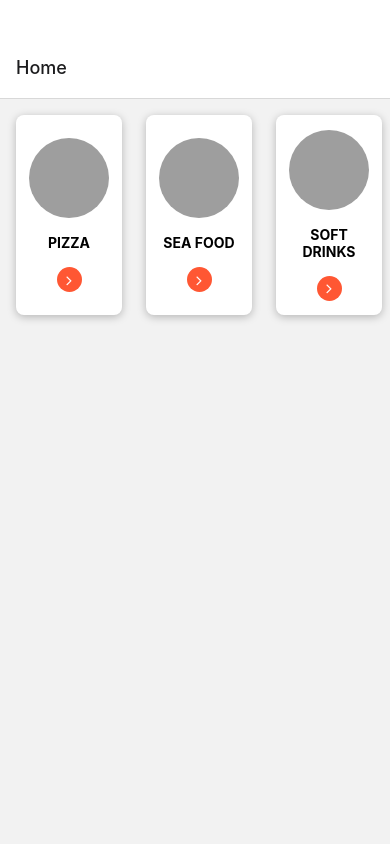
Repository: Esraa22M/ReactNative
Screen: /
These files come from the project's save history. The screen is drawn as it stood at one moment and after the next save; the edit follows.
Pictures or frames that could not be fetched are drawn as grey boxes. The app was drawn by React Native's web renderer in a window 390 px wide. The project was rebuilt for these pictures with package versions that can differ from the ones it lists, and the page was loaded fresh each time. Also part of the build but not shown: src/components/header/header.component.js, src/colors/front-screen-colors/user-auth-colors.js, src/components/header/header.styles.js, src/components/textInput/textInput.styles.js, src/components/textInput/textInput.components.jsx, src/components/singup-form-body/singup-form-body.components.js, src/screens/front-screen/Singup/singup-screen.screens.jsx, src/authentication/api/login-info.js and 2 more.

Above is the screen before, as saved 2023-09-21 02:52:37.

### App.js
import { SafeAreaView } from "react-native";
import { singupStyles } from "./src/screens/front-screen/Singup/singup-screen.styles";
import { Singup } from "./src/screens/front-screen/Singup/singup-screen.screens";
import UserCard from "./src/screens/front-screen/user-card/user-card.screens";
import { NavigationContainer } from "@react-navigation/native";
import { createStackNavigator } from "@react-navigation/stack";
import { Home } from "./src/screens/front-screen/home/home.screens";
const Stack = createStackNavigator();
export default function App() {
  return (
    <SafeAreaView style={singupStyles.container}>
      {/* <UserCard /> */}
      <NavigationContainer>
        <Stack.Navigator>
          <Stack.Screen name="Home" component={Home} />
        </Stack.Navigator>
      </NavigationContainer>
    </SafeAreaView>
  );
}

### src/screens/front-screen/Singup/singup-screen.styles.jsx
import { StyleSheet } from "react-native";
export const singupStyles = StyleSheet.create({
  container: { flex: 1, marginTop: 35 },
});

### src/screens/front-screen/home/home.screens.js
import { View, Text } from "react-native";
import { Categories } from "../../../components/categories/categories.components";
export const Home = () => {
  return (
    <>
      <Categories />
    </>
  );
};

### src/components/categories/categories.components.js
import { categories } from "../../data/dummay__data";
import { FlatList } from "react-native";
import { CategoryItem } from "./category-item.components";
export const Categories = () => {
  function renderCategoryItem(itemData) {
    return <CategoryItem item={itemData.item} />;
  }
  return (
    <FlatList
      numColumns={3}
      data={categories}
      renderItem={renderCategoryItem}
      keyExtractor={(item) => item.id}
    />
  );
};

### src/data/dummay__data.js
import { Category } from "../modal/category.modals";
export const categories = [
  new Category(
    "1pizza",
    "Pizza",
    "https://img.freepik.com/free-vector/flying-slice-pizza-cartoon-vector-illustration-fast-food-concept-isolated-vector-flat-cartoon-style_138676-1934.jpg?w=740&t=st=1695067102~exp=1695067702~hmac=7d47136b0dff2be87480dc1a22a28658daa67f706d90b59d117303a312dc6c16"
  ),
  new Category(
    "sea_food2",
    "sea food",
    "https://img.freepik.com/free-vector/seafood-products-set_98292-1624.jpg?w=740&t=st=1695067277~exp=1695067877~hmac=62082bdd900b5c830349f2bb8f3cd3466fcfb5395c4f24459194aeaeb256cb2c"
  ),
  new Category(
    "3softDrinks",
    "soft drinks",
    "https://img.freepik.com/free-vector/soda-cups-drink_24877-57922.jpg?w=740&t=st=1695067422~exp=1695068022~hmac=60b80d144880f8a8413a85c867ecfc35a38170c71354acfc84aa5b82ae30d594"
  ),
];

### src/components/categories/category-item.components.js
import { View, Text, Image, StyleSheet, Pressable } from "react-native";
import { HomeColors } from "../../colors/front-screen-colors/home-colors";
import { IconButton } from "../icon-button/icon-button.components";
export const CategoryItem = ({ item }) => {
  const { name, image } = item;
  console.log(item);
  return (
    <View style={styles.container}>
      <Pressable>
        <View style={styles.imageContainer}>
          <Image source={{ uri: image }} style={styles.image} />
        </View>
        <Text style={styles.categoryName}>{name}</Text>
        <View style={styles.iconContainer}>
          <IconButton
            name="angle-right"
            size={16}
            style={styles.angleRight}
            color={"white"}
          />
        </View>
      </Pressable>
    </View>
  );
};
const styles = StyleSheet.create({
  container: {
    flex: 1,
    height: 200,
    justifyContent: "space-around",
    flexDirection: "column",
    backgroundColor: HomeColors.LIGHT_COLOR,
    alignItems: "center",
    shadowColor: "black",
    shadowOpacity: 0.25,
    shadowOffset: { width: 0, height: 2 },
    shadowRadius: 8,
    marginVertical: 16,
    marginLeft: 16,
    marginRight: 8,
    elevation: 4,
    borderRadius: 8,
  },
  imageContainer: {
    justifyContent: "center",
    alignItems: "center",
  },
  image: { width: 80, height: 80, borderRadius: 80 / 2, margin: 8 },
  categoryName: {
    textTransform: "uppercase",
    justifyContent: "center",
    textAlign: "center",
    alignItems: "center",
    flexDirection: "column",
    fontWeight: "bold",
    margin: 8,
  },
  angleRight: {
    backgroundColor: HomeColors.DARK_COLOR,
    alignItems: "center",
    justifyContent: "center",
    width: 25,
    height: 25,
    borderRadius: 25 / 2,
  },
  iconContainer: {
    justifyContent: "center",
    alignItems: "center",
    textAlign: "center",
    margin: 8,
  },
});

### src/modal/category.modals.js
export class Category {
  constructor(id, name, image) {
    this.id = id;
    this.name = name;
    this.image = image;
  }
}

### src/colors/front-screen-colors/home-colors.js
export const HomeColors = {
  LIGHT_COLOR: "white",
  ACTIVE_COLOR: "#FFBF00",
  DARK_COLOR: "#FF5733",
};

### src/components/icon-button/icon-button.components.js
import { Pressable, StyleSheet } from "react-native";
import { FontAwesome } from "@expo/vector-icons";
export const IconButton = ({ name, color, size, ...props }) => {
  return (
    <Pressable {...props}>
      <FontAwesome name={name} size={size} color={color}></FontAwesome>
    </Pressable>
  );
};

After the next save:
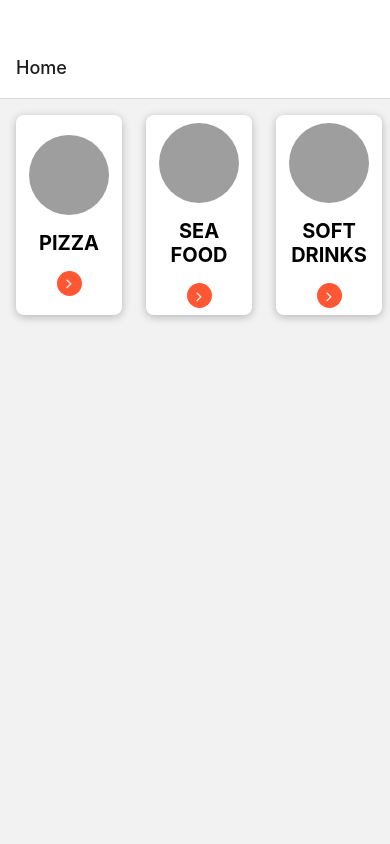
Saved 50 s later.
--- a/src/components/categories/category-item.components.js
+++ b/src/components/categories/category-item.components.js
@@ -53,6 +53,7 @@ const styles = StyleSheet.create({
     alignItems: "center",
     flexDirection: "column",
     fontWeight: "bold",
+    fontSize: 20,
     margin: 8,
   },
   angleRight: {
